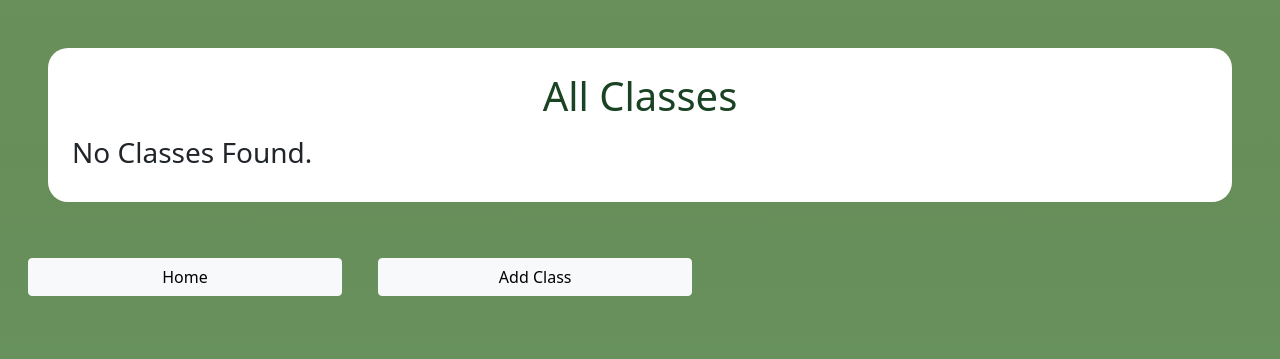
Repository: ronetteguevara/CalTech-ZumbaApp
Page: http://localhost/ZumbaApp/ViewClasses.jsp
These files come from the project's save history. The page is drawn as it stood at one moment and after the next save; the edit follows.
The browser window is 1280 px wide. The pictures show the whole page.
The page is served by Tomcat 10. Other server files are loaded and not shown. Queries for data that is not in the repository find no rows.

Above is the page before, as saved 2024-05-03 02:19:19.

### ZumbaApp/ZumbaApp/src/main/webapp/ViewClasses.jsp
<%@ page contentType="text/html;charset=UTF-8" language="java" %>
<%@ page import="java.util.ArrayList, com.zumbaapp.servlet.db.DB, com.zumbaapp.servlet.model.Classes" %>
<html>
<head>
    <title>All Classes</title>
<link rel="stylesheet" href="css/bootstrap.css"></link>
<link rel="stylesheet" href="style.css"></link>
</head>
<body class="gradient-background justify-content-center">

        <div class="my-4 d-flex justify-content-center col-xl-12 col-lg-12 col-md-12 col-sm-12 col-12">
        <div class="container-fluid my-4 mx-5 px-4 py-4 justify-content-center" style="background-color: white; border-radius: 20px;">
        <h1 class="mb-3" style="text-align: center;">All Classes</h1>

        <%
            DB db = new DB();
            ArrayList<Classes> zumbaClasses = db.fetchAllClasses();
            db.closeConnection();

            if (zumbaClasses != null && zumbaClasses.size() > 0) {
                out.print("<table class='table table-hover'>");
                out.print("<thead>");
                out.print("<tr>");
                out.print("<th scope='col'>ID</th>");
                out.print("<th scope='col'>Name</th>");
                out.print("<th scope='col'>Session</th>");
                out.print("<th scope='col'>Date</th>");
                out.print("<th scope='col'>Start Time</th>");
                out.print("<th scope='col'>End Time</th>");
                out.print("<th scope='col'>Location</th>");
                out.print("<th scope='col'>Actions</th>");
                out.print("</tr>");
                out.print("</thead>");
                out.print("<tbody>");


                for (Classes classes : zumbaClasses) {
                    out.print("<tr>");
                    out.print("<td>" + classes.id + "</td>");
                    out.print("<td>" + classes.name + "</td>");
                    out.print("<td>" + classes.session + "</td>");
                    out.print("<td>" + classes.date + "</td>");
                    out.print("<td>" + classes.startTime + "</td>");
                    out.print("<td>" + classes.endTime + "</td>");
                    out.print("<td>" + classes.location + "</td>");
                    out.print("<td><a href='DeleteClasses?id=" + classes.id + "'>Delete</a> | <a href='EditClass.jsp?id=" + classes.id + "'>Edit</a></td>");
                    out.print("</tr>");
                }
                out.print("</tbody>");
                out.print("</table>");
            } else {
                out.print("<h3>No Classes Found.</h3>");
            }

            out.print("</div>");
            out.print("</div>");
        %>
        <div class="container-fluid justify-content-center">
		<a class="w-25 btn btn-primary btn-light mt-2 mb-5 mx-3" href="Home.jsp">Home</a>
		<a class="w-25 btn btn-primary btn-light mt-2 mb-5 mx-3" href="add-class.html">Add Class</a>
		</div>
</body>
</html>

### ZumbaApp/ZumbaApp/src/main/java/com/zumbaapp/servlet/db/DB.java
package com.zumbaapp.servlet.db;

import java.sql.Connection;
import java.sql.DriverManager;
import java.sql.PreparedStatement;
import java.sql.ResultSet;
import java.util.ArrayList;

import com.zumbaapp.servlet.model.Classes;
import com.zumbaapp.servlet.model.Participant;

public class DB {

		Connection connection;
		PreparedStatement preparedStatement;

		public DB() {
			try {
				Class.forName("com.mysql.cj.jdbc.Driver");
				System.out.println("[DB] Driver Loaded");

				connection = DriverManager.getConnection("jdbc:mysql://127.0.0.1:3306/zumba_management", "root", "201155876");
				System.out.println("[DB] Connection created");
			}
			catch(Exception e) {
				System.out.println("Something went wrong: " + e);
			}
		}

		public void closeConnection() {
			try {
				connection.close();
				System.out.println("[DB] Connection to DB closed");
			}
			catch(Exception e) {
				System.out.println("Something went wrong: " + e);
			}
		}

		public int addClasses(Classes classes) {
			int result = 0;

			try {
			String sql = "INSERT INTO Classes VALUES (null, ?, ?, ?, ?, ?, ?)";
			preparedStatement = connection.prepareStatement(sql);
			preparedStatement.setString(1, classes.name);
			preparedStatement.setString(2, classes.session);
			preparedStatement.setString(3, classes.date);
			preparedStatement.setString(4, classes.startTime);
			preparedStatement.setString(5, classes.endTime);
			preparedStatement.setString(6, classes.location);

			result = preparedStatement.executeUpdate();

			}
			catch(Exception e) {
				System.out.println("Something went wrong: " + e);
			}
			return result;
		}

		public int addParticipant(Participant participant) {
			int result = 0;

			try {
			String sql = "INSERT INTO Participant VALUES (null, ?, ?, ?, ?, ?)";
			preparedStatement = connection.prepareStatement(sql);
			preparedStatement.setString(1, participant.firstName);
			preparedStatement.setString(2, participant.lastName);
			preparedStatement.setString(3, participant.email);
			preparedStatement.setString(4, participant.phone);
			preparedStatement.setString(5, participant.zumbaClass);

			result = preparedStatement.executeUpdate();

			}
			catch(Exception e) {
				System.out.println("Something went wrong: " + e);
			}
			return result;
		}

		public ArrayList<Classes> fetchAllClasses() {
			ArrayList<Classes> zumbaClasses = new ArrayList<>();
			try {
				String sql = "SELECT * FROM Classes";
				preparedStatement = connection.prepareStatement(sql);

				ResultSet set = preparedStatement.executeQuery();

				while(set.next()) {
					Classes classes = new Classes();
					classes.id = set.getInt(1);
					classes.name = set.getString(2);
					classes.session = set.getString(3);
					classes.date = set.getString(4);
					classes.startTime = set.getString(5);
					classes.endTime = set.getString(6);
					classes.location = set.getString(7);

					zumbaClasses.add(classes);

				}
			}
			catch(Exception e) {
				System.out.println("Something went wrong: " + e);

			}
			return zumbaClasses;
		}

		public ArrayList<Participant> fetchAllParticipants() {
			ArrayList<Participant> zumbaParticipants = new ArrayList<>();
			try {
				String sql = "SELECT * FROM Participant";
				preparedStatement = connection.prepareStatement(sql);

				ResultSet set = preparedStatement.executeQuery();

				while(set.next()) {
					Participant participant = new Participant();
					participant.id = set.getInt(1);
					participant.firstName = set.getString(2);
					participant.lastName = set.getString(3);
					participant.email = set.getString(4);
					participant.phone = set.getString(5);
					participant.zumbaClass = set.getString(6);

					zumbaParticipants.add(participant);
				}
			}
			catch(Exception e) {
				System.out.println("Something went wrong: " + e);

			}
			return zumbaParticipants;
		}

		public int deleteClasses(int id) {
			int result = 0;
			try {
				String sql = "DELETE FROM Classes WHERE id=?";
				preparedStatement = connection.prepareStatement(sql);
				preparedStatement.setInt(1, id);

				preparedStatement.executeUpdate();

				result = preparedStatement.executeUpdate();

			}
			catch(Exception e) {
				System.out.println("Something went wrong: " + e);
			}
			return result;
	}

		public int deleteParticipant(int id) {
			int result = 0;
			try {
				String sql = "DELETE FROM Participant WHERE id=?";
				preparedStatement = connection.prepareStatement(sql);
				preparedStatement.setInt(1, id);

				preparedStatement.executeUpdate();

				result = preparedStatement.executeUpdate();

			}
			catch(Exception e) {
				System.out.println("Something went wrong: " + e);
			}
			return result;
	}

		public Classes fetchClass(int id) {

			Classes classes = new Classes();

			try {
				String sql = "SELECT * FROM Classes WHERE id=?";
				preparedStatement = connection.prepareStatement(sql);
				preparedStatement.setInt(1, id);

				ResultSet set = preparedStatement.executeQuery();

				while(set.next()) {
					classes.id = set.getInt(1);
					classes.name = set.getString(2);
					classes.session = set.getString(3);
					classes.date = set.getString(4);
					classes.startTime = set.getString(5);
					classes.endTime = set.getString(6);
					classes.location = set.getString(7);
				}
			}
			catch(Exception e) {
				System.out.println("Something went wrong: " + e);

			}
			return classes;
		}

		public Participant fetchParticipant(int id) {
			Participant participant = new Participant();
			try {
				String sql = "SELECT * FROM Participant WHERE id=?";
				preparedStatement = connection.prepareStatement(sql);
				preparedStatement.setInt(1, id);

				ResultSet set = preparedStatement.executeQuery();

				while(set.next()) {
					participant.id = set.getInt(1);
					participant.firstName = set.getString(2);
					participant.lastName = set.getString(3);
					participant.email = set.getString(4);
					participant.phone = set.getString(5);
					participant.zumbaClass = set.getString(6);
				}
			}
			catch(Exception e) {
				System.out.println("Something went wrong: " + e);

			}
			return participant;
		}

		public int saveClasses (Classes classes) {
			int result = 0;

			try {
				String sql = "UPDATE Classes SET name = ?, session = ?, date = ?, startTime = ?, endTime = ?, location = ? WHERE id=?";
				preparedStatement = connection.prepareStatement(sql);
				preparedStatement.setString(1, classes.name);
				preparedStatement.setString(2, classes.session);
				preparedStatement.setString(3, classes.date);
				preparedStatement.setString(4, classes.startTime);
				preparedStatement.setString(5, classes.endTime);
				preparedStatement.setString(6, classes.location);
				preparedStatement.setInt(7, classes.id);

				result = preparedStatement.executeUpdate();

			}
			catch(Exception e) {
				System.out.println("Something went wrong: " + e);
			}

			return result;
		}

		public int saveParticipant (Participant participant) {
			int result = 0;

			try {
				String sql = "UPDATE Participant SET firstName = ?, lastName = ?, email = ?, phone = ?, zumbaClass = ? WHERE id=?";
				preparedStatement = connection.prepareStatement(sql);
				preparedStatement.setString(1, participant.firstName);
				preparedStatement.setString(2, participant.lastName);
				preparedStatement.setString(3, participant.email);
				preparedStatement.setString(4, participant.phone);
				preparedStatement.setString(5, participant.zumbaClass);
				preparedStatement.setInt(6, participant.id);

				result = preparedStatement.executeUpdate();

			}
			catch(Exception e) {
				System.out.println("Something went wrong: " + e);
			}

			return result;
		}

}

### ZumbaApp/ZumbaApp/src/main/webapp/style.css
@charset "UTF-8";

.button {
  background-color: #458933;
  border: none;
}

.button:hover {
  background-color: #82c360;
}

a {
  color: #458933;
}

a:hover {
 color: #82c360;
}

a:visited {
  color: #1a4324;
}

h1 {
	color: #1a4324;
}

footer {
	background-color: white;
}

.gradient-background {
  background: linear-gradient(0deg, #74d3ae, #678d58, #a6c48a);
  background-size: 1000% 1000%;

  -webkit-animation: AnimationName 8s ease infinite;
  -moz-animation: AnimationName 8s ease infinite;
  animation: AnimationName 8s ease infinite;
}

@-webkit-keyframes AnimationName {
  0%{background-position:0% 35%}
  50%{background-position:100% 66%}
  100%{background-position:0% 35%}
}
@-moz-keyframes AnimationName {
  0%{background-position:0% 35%}
  50%{background-position:100% 66%}
  100%{background-position:0% 35%}
}
@keyframes AnimationName {
  0%{background-position:0% 35%}
  50%{background-position:100% 66%}
  100%{background-position:0% 35%}

}

Loaded but not shown: ZumbaApp/ZumbaApp/src/main/webapp/css/bootstrap.css (library)

After the next save:
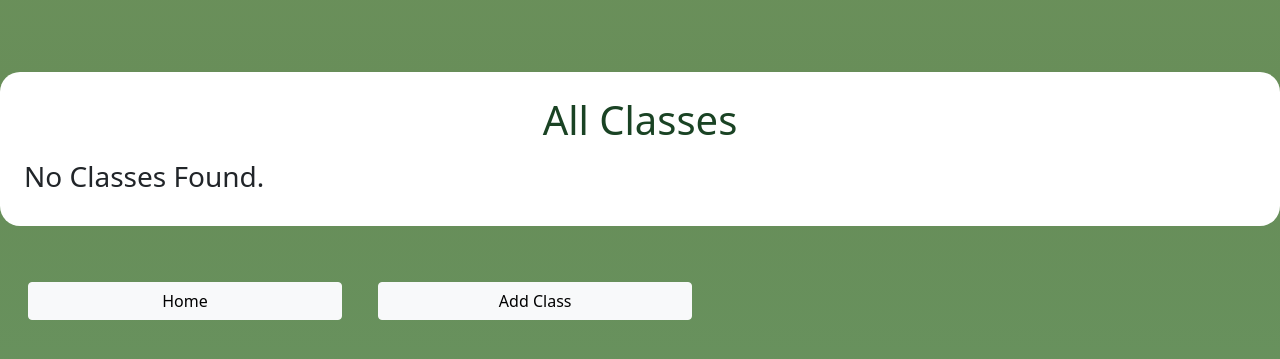
Saved 55 s later.
--- a/ZumbaApp/ZumbaApp/src/main/webapp/ViewClasses.jsp
+++ b/ZumbaApp/ZumbaApp/src/main/webapp/ViewClasses.jsp
@@ -9,7 +9,7 @@
 <body class="gradient-background justify-content-center">
 
         <div class="my-4 d-flex justify-content-center col-xl-12 col-lg-12 col-md-12 col-sm-12 col-12">
-        <div class="container-fluid my-4 mx-5 px-4 py-4 justify-content-center" style="background-color: white; border-radius: 20px;">
+        <div class="container-fluid my-4 mt-5 px-4 py-4 justify-content-center" style="background-color: white; border-radius: 20px;">
         <h1 class="mb-3" style="text-align: center;">All Classes</h1>
 
         <%
